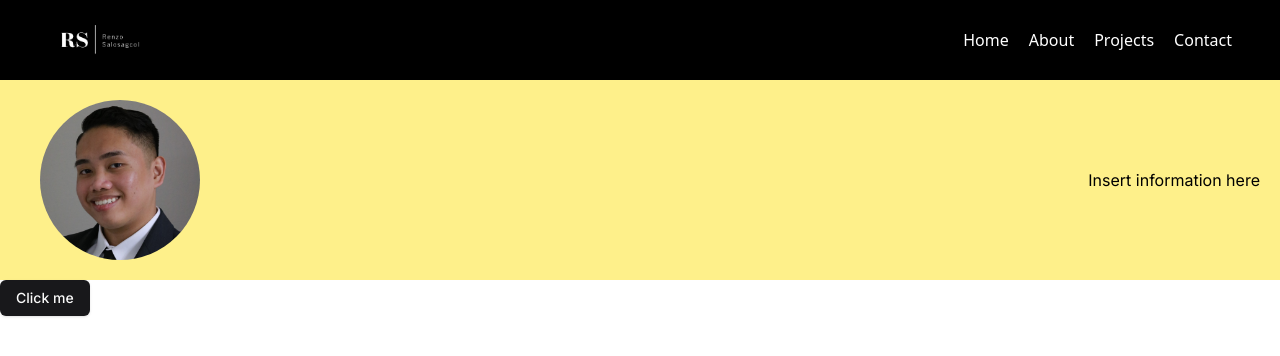
Repository: Renzo-Salosagcol/Portfolio-Website
Page: / (app in resume_website/)
The author's editor kept a copy of each file at every save. The page is drawn from the files as they stood at one save, then again after the next save.
The browser window is 1280 px wide. The pictures show the whole page.
The project was rebuilt for these pictures with package versions that can differ from the ones it lists, and the page was loaded fresh each time. Also part of the build but not shown: resume_website/vite.config.js.

Above is the page before, as saved 2024-12-10 14:55:25.

### resume_website/index.html
<!doctype html>
<html lang="en">
  <head>
    <meta charset="UTF-8" />
    <link rel="icon" type="image/svg+xml" href="/vite.svg" />
    <meta name="viewport" content="width=device-width, initial-scale=1.0" />
    <title>Renzo Salosagcol</title>
  </head>
  <body>
    <div id="root"></div>
    <script type="module" src="/src/main.jsx"></script>
  </body>
</html>

### resume_website/src/index.css
@import url('https://fonts.googleapis.com/css2?family=Inter:opsz,wght@14..32,100..900&family=Roboto:wght@400;500;700&display=swap');

@tailwind base;
@tailwind components;
@tailwind utilities;

:root {
  font-family: "Inter", sans-serif;
}

### resume_website/src/App.jsx
import Nav from './components/Nav'
import Hero from "./components/Hero";
import { Button } from "@/components/ui/button"

const App = () => {
  return (
    <div className="text-white">
      <div class="fixed h-full w-full bg-blue"><div class="absolute bottom-0 left-0 right-0 top-0 bg-[url(&#x27;/noise.png&#x27;)] bg-[size:300px_300px] bg-left-top"></div>
      </div>
      <nav className="fixed block w-full h-20 top-0">
        <Nav />
      </nav>
      <main className="mt-20">
        <Hero />
        <Button>Click me</Button>
      </main>
      <footer>

      </footer>
    </div>
  )
}

export default App;

### resume_website/src/components/Nav.jsx
import logoImage from "../assets/InitialPortfolioLogo.png";
import {
  NavigationMenu,
  NavigationMenuContent,
  NavigationMenuIndicator,
  NavigationMenuItem,
  NavigationMenuLink,
  NavigationMenuList,
  NavigationMenuTrigger,
  NavigationMenuViewport,
} from "../components/ui/navigation-menu";
import { navigationMenuTriggerStyle } from "../components/ui/navigation-menu";


const Nav = () => {
  return (
    <nav className="flex items-center bg-black w-full justify-between h-10 p-10 top-0">
      <div className="mx-5 flex-shrink-0">
        <img className="w-20 h-15" src={logoImage} alt="logo" />
      </div>
      <div className="flex-1 flex justify-end">
        <NavigationMenu className="font-sans w-max">
          <NavigationMenuList className="flex">
            <NavigationMenuItem className="flex-1 px-2">
              <NavigationMenuLink href="#" className="hover:underline">Home</NavigationMenuLink>
            </NavigationMenuItem>
            <NavigationMenuItem className="flex-1 px-2">
              <NavigationMenuLink href="#" className="hover:underline">About</NavigationMenuLink>
            </NavigationMenuItem>
            <NavigationMenuItem className="flex-1 px-2">
              <NavigationMenuLink href="#" className="hover:underline">Projects</NavigationMenuLink>
            </NavigationMenuItem>
            <NavigationMenuItem className="flex-1 px-2">
              <NavigationMenuLink href="#" className="hover:underline">Contact</NavigationMenuLink>
            </NavigationMenuItem>
          </NavigationMenuList>
        </NavigationMenu>
      </div>
    </nav>
  );
}

export default Nav;

### resume_website/src/components/Hero.jsx
import profilePic from "../assets/ProfilePic.png";

const Hero = () => {
  return (
    <div className="bg-yellow-200 text-black w-full flex items-center justify-between p-5">
      <img src={ profilePic } alt="profile" className="w-50 h-40 rounded-full mx-5"/>
      <div className="justify-items-start">
        Insert information here
      </div>
    </div>
  );
};

export default Hero;

### resume_website/src/components/ui/button.jsx
import * as React from "react"
import { Slot } from "@radix-ui/react-slot"
import { cva } from "class-variance-authority";

import { cn } from "@/lib/utils"

const buttonVariants = cva(
  "inline-flex items-center justify-center gap-2 whitespace-nowrap rounded-md text-sm font-medium transition-colors focus-visible:outline-none focus-visible:ring-1 focus-visible:ring-zinc-950 disabled:pointer-events-none disabled:opacity-50 [&_svg]:pointer-events-none [&_svg]:size-4 [&_svg]:shrink-0 dark:focus-visible:ring-zinc-300",
  {
    variants: {
      variant: {
        default:
          "bg-zinc-900 text-zinc-50 shadow hover:bg-zinc-900/90 dark:bg-zinc-50 dark:text-zinc-900 dark:hover:bg-zinc-50/90",
        destructive:
          "bg-red-500 text-zinc-50 shadow-sm hover:bg-red-500/90 dark:bg-red-900 dark:text-zinc-50 dark:hover:bg-red-900/90",
        outline:
          "border border-zinc-200 bg-white shadow-sm hover:bg-zinc-100 hover:text-zinc-900 dark:border-zinc-800 dark:bg-zinc-950 dark:hover:bg-zinc-800 dark:hover:text-zinc-50",
        secondary:
          "bg-zinc-100 text-zinc-900 shadow-sm hover:bg-zinc-100/80 dark:bg-zinc-800 dark:text-zinc-50 dark:hover:bg-zinc-800/80",
        ghost: "hover:bg-zinc-100 hover:text-zinc-900 dark:hover:bg-zinc-800 dark:hover:text-zinc-50",
        link: "text-zinc-900 underline-offset-4 hover:underline dark:text-zinc-50",
      },
      size: {
        default: "h-9 px-4 py-2",
        sm: "h-8 rounded-md px-3 text-xs",
        lg: "h-10 rounded-md px-8",
        icon: "h-9 w-9",
      },
    },
    defaultVariants: {
      variant: "default",
      size: "default",
    },
  }
)

const Button = React.forwardRef(({ className, variant, size, asChild = false, ...props }, ref) => {
  const Comp = asChild ? Slot : "button"
  return (
    (<Comp
      className={cn(buttonVariants({ variant, size, className }))}
      ref={ref}
      {...props} />)
  );
})
Button.displayName = "Button"

export { Button, buttonVariants }

### resume_website/src/components/ui/navigation-menu.jsx
import * as React from "react"
import * as NavigationMenuPrimitive from "@radix-ui/react-navigation-menu"
import { cva } from "class-variance-authority"
import { ChevronDown } from "lucide-react"

import { cn } from "@/lib/utils"

const NavigationMenu = React.forwardRef(({ className, children, ...props }, ref) => (
  <NavigationMenuPrimitive.Root
    ref={ref}
    className={cn(
      "relative z-10 flex max-w-max flex-1 items-center justify-center",
      className
    )}
    {...props}>
    {children}
    <NavigationMenuViewport />
  </NavigationMenuPrimitive.Root>
))
NavigationMenu.displayName = NavigationMenuPrimitive.Root.displayName

const NavigationMenuList = React.forwardRef(({ className, ...props }, ref) => (
  <NavigationMenuPrimitive.List
    ref={ref}
    className={cn(
      "group flex flex-1 list-none items-center justify-center space-x-1",
      className
    )}
    {...props} />
))
NavigationMenuList.displayName = NavigationMenuPrimitive.List.displayName

const NavigationMenuItem = NavigationMenuPrimitive.Item

const navigationMenuTriggerStyle = cva(
  "group inline-flex h-9 w-max items-center justify-center rounded-md bg-white px-4 py-2 text-sm font-medium transition-colors hover:bg-zinc-100 hover:text-zinc-900 focus:bg-zinc-100 focus:text-zinc-900 focus:outline-none disabled:pointer-events-none disabled:opacity-50 data-[active]:bg-zinc-100/50 data-[state=open]:bg-zinc-100/50 dark:bg-zinc-950 dark:hover:bg-zinc-800 dark:hover:text-zinc-50 dark:focus:bg-zinc-800 dark:focus:text-zinc-50 dark:data-[active]:bg-zinc-800/50 dark:data-[state=open]:bg-zinc-800/50"
)

const NavigationMenuTrigger = React.forwardRef(({ className, children, ...props }, ref) => (
  <NavigationMenuPrimitive.Trigger
    ref={ref}
    className={cn(navigationMenuTriggerStyle(), "group", className)}
    {...props}>
    {children}{""}
    <ChevronDown
      className="relative top-[1px] ml-1 h-3 w-3 transition duration-300 group-data-[state=open]:rotate-180"
      aria-hidden="true" />
  </NavigationMenuPrimitive.Trigger>
))
NavigationMenuTrigger.displayName = NavigationMenuPrimitive.Trigger.displayName

const NavigationMenuContent = React.forwardRef(({ className, ...props }, ref) => (
  <NavigationMenuPrimitive.Content
    ref={ref}
    className={cn(
      "left-0 top-0 w-full data-[motion^=from-]:animate-in data-[motion^=to-]:animate-out data-[motion^=from-]:fade-in data-[motion^=to-]:fade-out data-[motion=from-end]:slide-in-from-right-52 data-[motion=from-start]:slide-in-from-left-52 data-[motion=to-end]:slide-out-to-right-52 data-[motion=to-start]:slide-out-to-left-52 md:absolute md:w-auto",
      className
    )}
    {...props} />
))
NavigationMenuContent.displayName = NavigationMenuPrimitive.Content.displayName

const NavigationMenuLink = NavigationMenuPrimitive.Link

const NavigationMenuViewport = React.forwardRef(({ className, ...props }, ref) => (
  <div className={cn("absolute left-0 top-full flex justify-center")}>
    <NavigationMenuPrimitive.Viewport
      className={cn(
        "origin-top-center relative mt-1.5 h-[var(--radix-navigation-menu-viewport-height)] w-full overflow-hidden rounded-md border border-zinc-200 bg-white text-zinc-950 shadow data-[state=open]:animate-in data-[state=closed]:animate-out data-[state=closed]:zoom-out-95 data-[state=open]:zoom-in-90 md:w-[var(--radix-navigation-menu-viewport-width)] dark:border-zinc-800 dark:bg-zinc-950 dark:text-zinc-50",
        className
      )}
      ref={ref}
      {...props} />
  </div>
))
NavigationMenuViewport.displayName =
  NavigationMenuPrimitive.Viewport.displayName

const NavigationMenuIndicator = React.forwardRef(({ className, ...props }, ref) => (
  <NavigationMenuPrimitive.Indicator
    ref={ref}
    className={cn(
      "top-full z-[1] flex h-1.5 items-end justify-center overflow-hidden data-[state=visible]:animate-in data-[state=hidden]:animate-out data-[state=hidden]:fade-out data-[state=visible]:fade-in",
      className
    )}
    {...props}>
    <div
      className="relative top-[60%] h-2 w-2 rotate-45 rounded-tl-sm bg-zinc-200 shadow-md dark:bg-zinc-800" />
  </NavigationMenuPrimitive.Indicator>
))
NavigationMenuIndicator.displayName =
  NavigationMenuPrimitive.Indicator.displayName

export {
  navigationMenuTriggerStyle,
  NavigationMenu,
  NavigationMenuList,
  NavigationMenuItem,
  NavigationMenuContent,
  NavigationMenuTrigger,
  NavigationMenuLink,
  NavigationMenuIndicator,
  NavigationMenuViewport,
}

Loaded but not shown: resume_website/src/main.jsx (common file); resume_website/src/lib/utils.js (common file); resume_website/tailwind.config.js (common file)

After the next save:
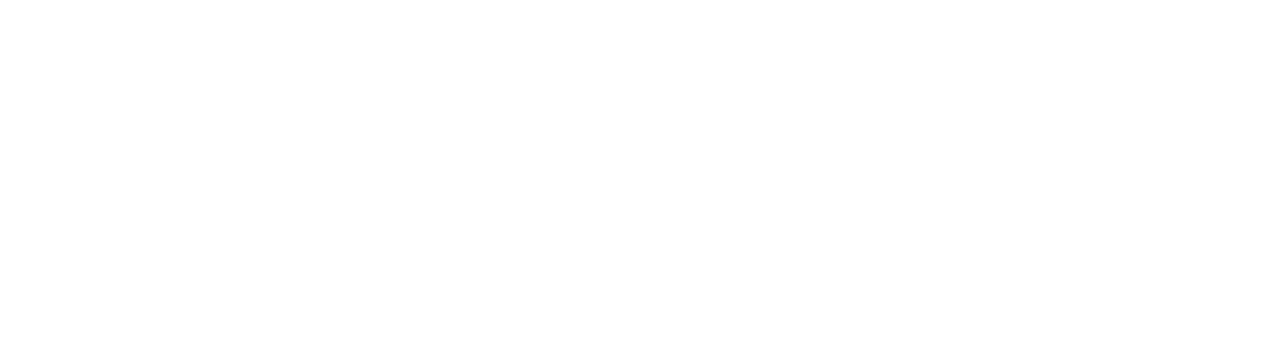
Console error: ReferenceError: Button is not defined
Saved 41 s later.
--- a/resume_website/src/App.jsx
+++ b/resume_website/src/App.jsx
@@ -1,6 +1,5 @@
 import Nav from './components/Nav'
 import Hero from "./components/Hero";
-import { Button } from "@/components/ui/button"
 
 const App = () => {
   return (

After the save that followed:
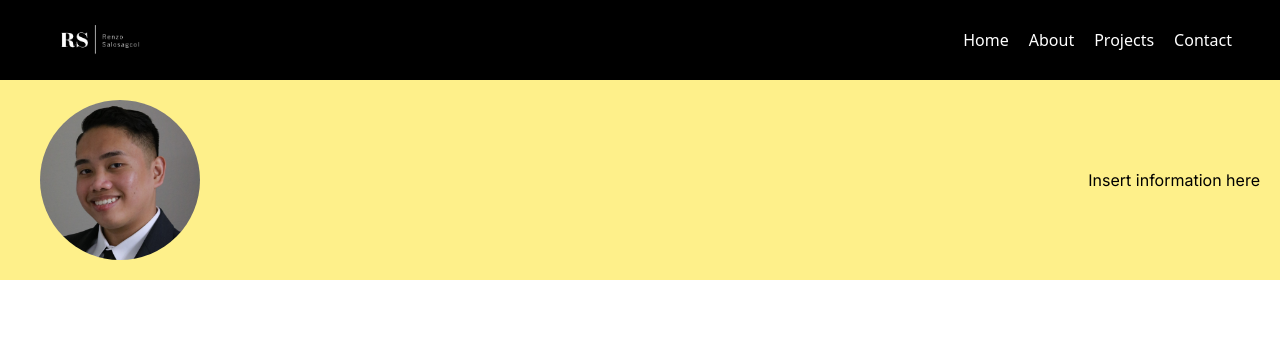
The error is gone.
Saved 6 s later.
--- a/resume_website/src/App.jsx
+++ b/resume_website/src/App.jsx
@@ -11,7 +11,7 @@
       </nav>
       <main className="mt-20">
         <Hero />
-        <Button>Click me</Button>
+
       </main>
       <footer>
 
